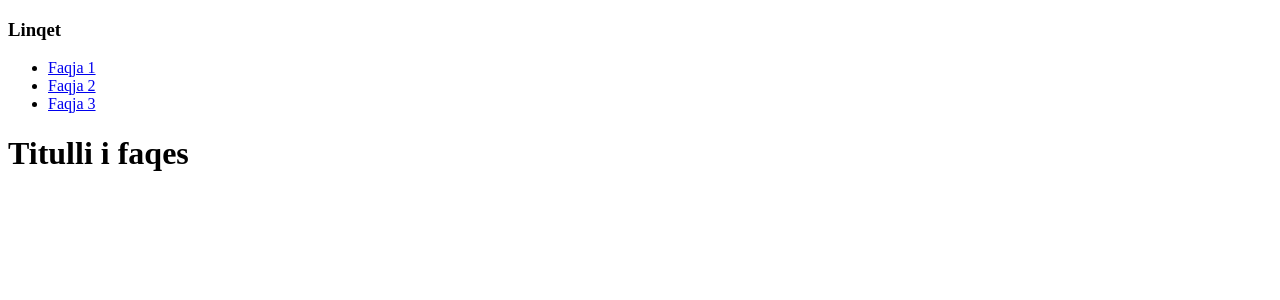
Repository: lendk/beetroot-fe-g1
Page: 02/index.html
These files come from the project's save history. The page is drawn as it stood at one moment and after the next save; the edit follows.
The browser window is 1280 px wide. The pictures show the whole page.

Above is the page before, as saved 2021-01-16 09:33:51.

After the next save:
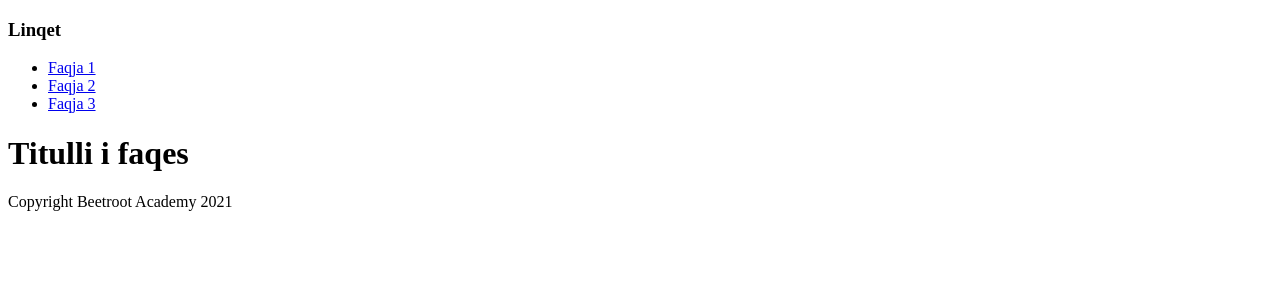
Saved 20 s later.
--- a/02/index.html
+++ b/02/index.html
@@ -19,7 +19,7 @@
     <h1>Titulli i faqes</h1>
   </main>
   <footer>
-    <span></span>
+    <span>Copyright Beetroot Academy 2021</span>
   </footer>
 
 </body>
